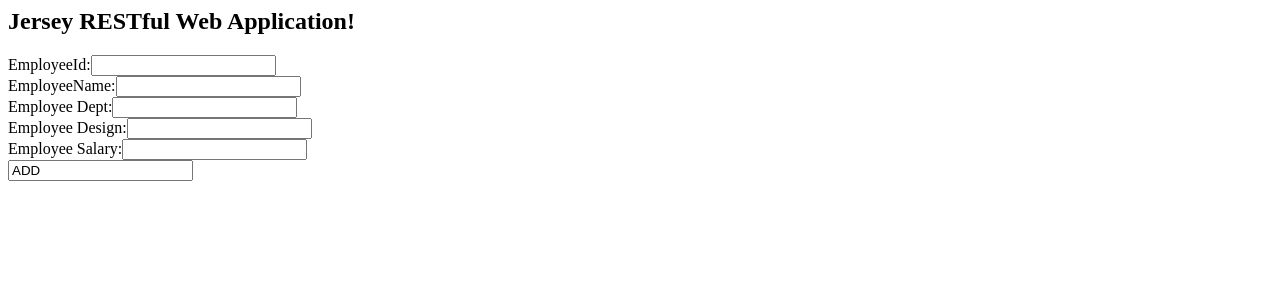
Repository: Vidhya2796/ATPTrainingFoldersJEECloud
Page: http://localhost/emp/
The author's editor kept a copy of each file at every save. The page is drawn from the files as they stood at one save, then again after the next save.
The browser window is 1280 px wide. The pictures show the whole page.
The page is served by Tomcat 9. Other server files are loaded and not shown.

Above is the page before, as saved 2018-12-20 10:00:24.

### SpringREST/emp/src/main/webapp/index.jsp
<html>
<body>
    <h2>Jersey RESTful Web Application!</h2>
   <!--  <p><a href="webapi/myresource">Jersey resource</a>
    <p>Visit <a href="http://jersey.java.net">Project Jersey website</a>
    for more information on Jersey! -->

    <form action="employee" method="post">
    	EmployeeId:<input type="text" name="id"></br>
    	EmployeeName:<input type="text" name="name"></br>
    	Employee Dept:<input type="text" name="dept"></br>
    	Employee Design:<input type="text" name="design"></br>
    	Employee Salary:<input type="text" name="sal"></br>
    	<input type="text" value="ADD">

    </form>



</body>
</html>

After the next save:
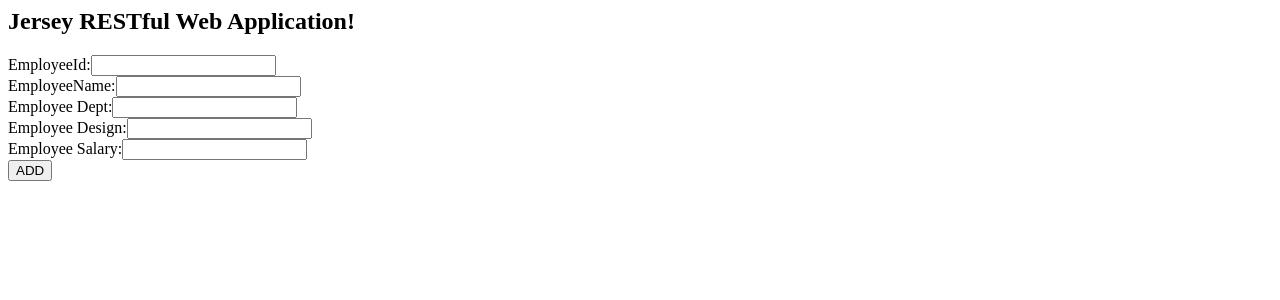
Saved 63 s later.
--- a/SpringREST/emp/src/main/webapp/index.jsp
+++ b/SpringREST/emp/src/main/webapp/index.jsp
@@ -11,7 +11,7 @@
     	Employee Dept:<input type="text" name="dept"></br>
     	Employee Design:<input type="text" name="design"></br>
     	Employee Salary:<input type="text" name="sal"></br>
-    	<input type="text" value="ADD">
+    	<input type="submit" value="ADD">
 
     </form>
 
